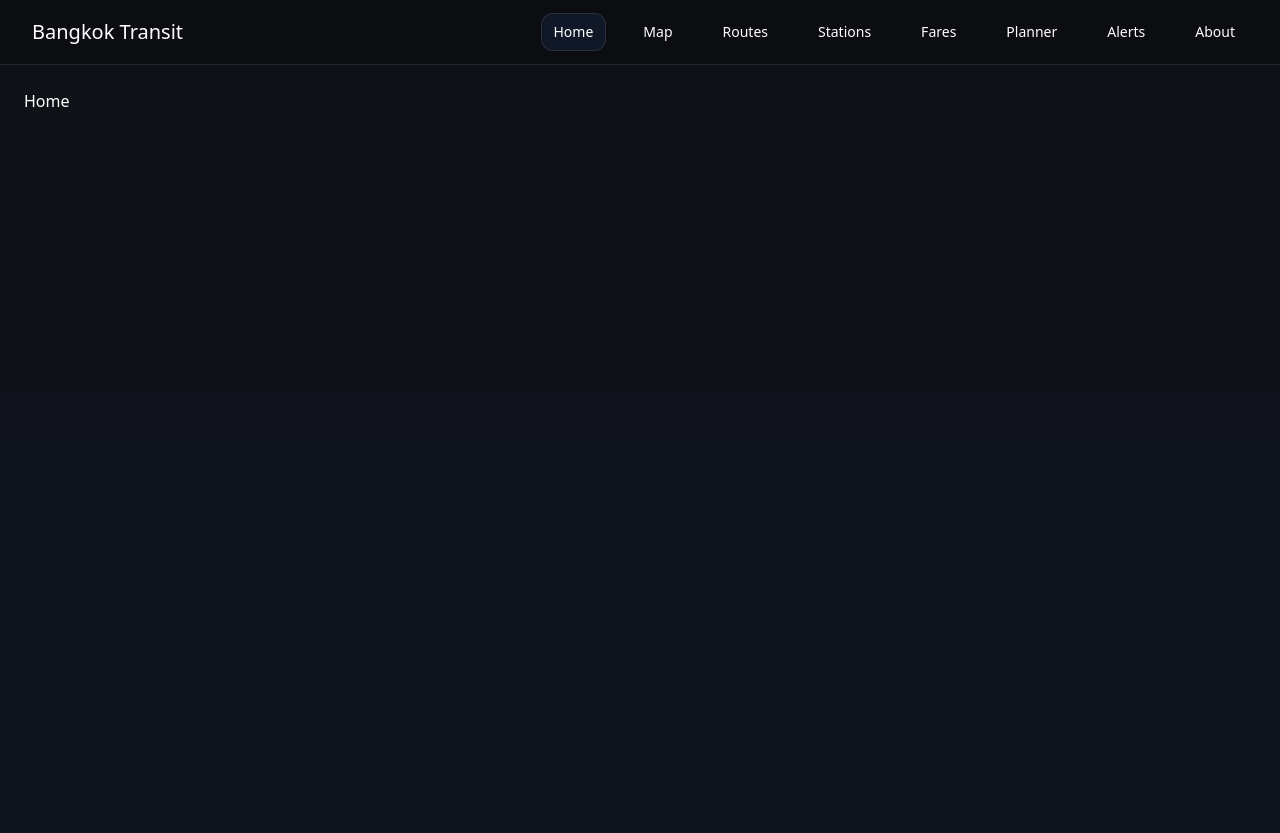
Repository: pyaestk/Bangkok-transit-map
Page: /
An editor plug-in stored every save of this project. The page is shown before and after the next save, followed by the edit.
The browser window is 1280 px wide. The pictures show the whole page.
The project was rebuilt for these pictures with package versions that can differ from the ones it lists, and the page was loaded fresh each time. Also part of the build but not shown: vite.config.ts, src/pages/Map.tsx, src/pages/Planner.tsx, src/pages/Stations.tsx, src/pages/TrainRoutes.tsx, src/pages/Fares.tsx, src/pages/Alerts.tsx, src/pages/About.tsx.

Above is the page before, as saved 2025-10-04 09:31:59.

After the next save:
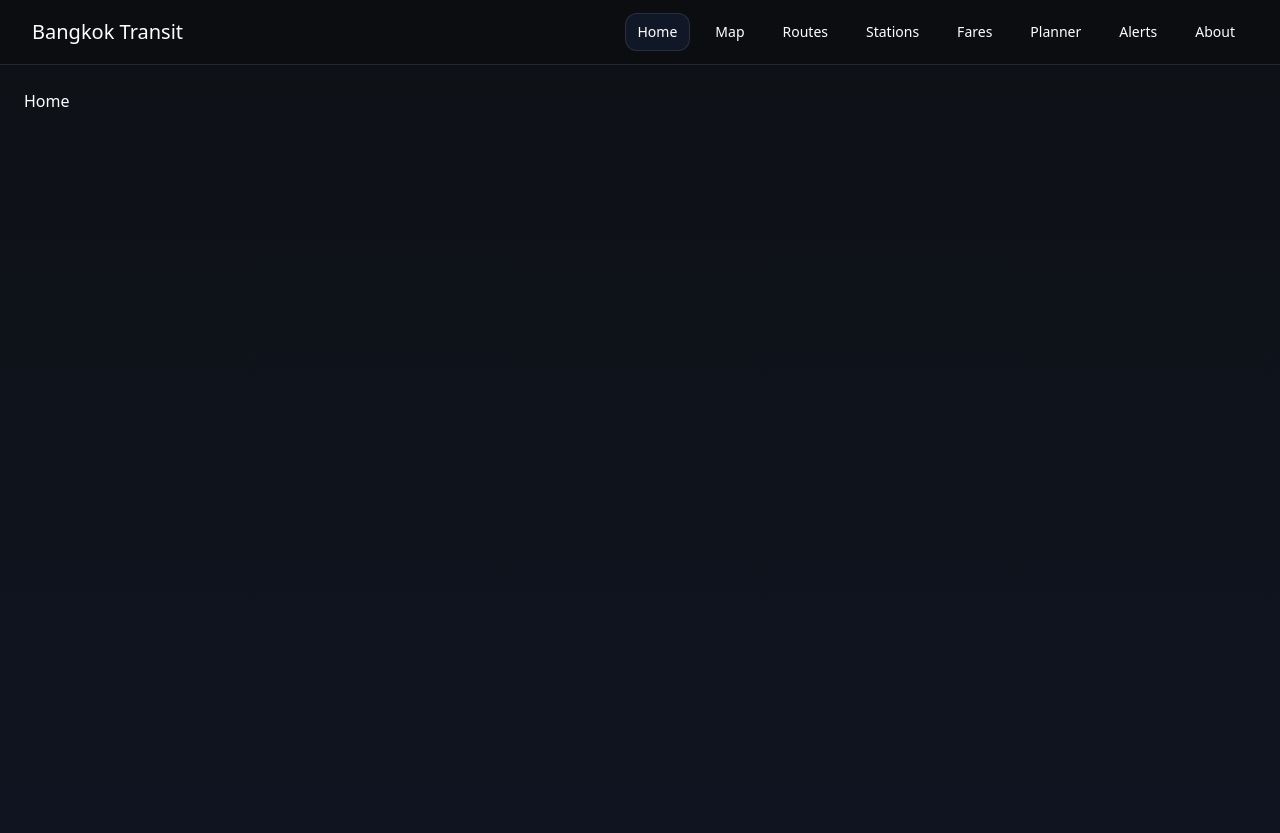
Saved 17 s later.
--- a/src/component/NavBar.tsx
+++ b/src/component/NavBar.tsx
@@ -30,7 +30,7 @@ function NavBar() {
           </div>
 
           {/* Desktop links */}
-          <div className="hidden md:flex space-x-6">
+          <div className="hidden md:flex space-x-3">
             {links.map((l) => (
               <NavLink
                 key={l.to}
